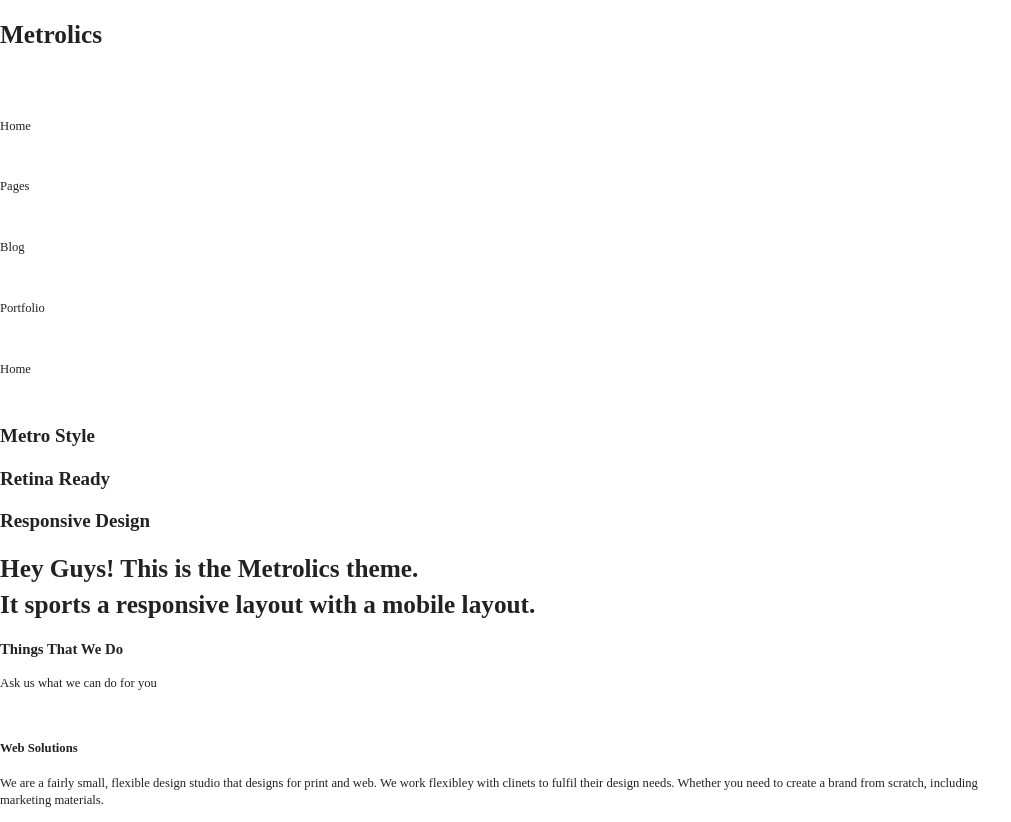
Repository: claudiashin/metrolics
Page: index.html
An editor plug-in stored every save of this project. The page is shown before and after a run of saves, followed by the edit.
The browser window is 1280 px wide. The pictures show the whole page, at 79% of full size.

Above is the page before, as saved 2021-01-27 15:44:17.

### index.html
<!doctype html>
<html class="no-js" lang="EN">

<head>
  <meta charset="utf-8">
  <title>MDIA 2003 Lab 3</title>
  <meta name="description" content="">
  <meta name="viewport" content="width=device-width, initial-scale=1">

  <link rel="manifest" href="site.webmanifest">
  <link rel="apple-touch-icon" href="icon.png">
  <!-- Place favicon.ico in the root directory -->

  <link rel="stylesheet" href="css/normalize.css">
  <link rel="stylesheet" href="css/main.css">
</head>

<body>
  <header class="page_header">
    <div class="logo">
      <div><h1>Metrolics</h1></div>
      <div class="logoimg"><img src=""></div>
    </div>
  </header>

  <nav class="page_nav">
    <div class="nav_container">
      <div class="nav_icon">
        <div><img src=""></div>
        <p>Home</p>
      </div>
      <div class="nav_icon">
        <div><img src=""></div>
        <p>Pages</p>
      </div><div class="nav_icon">
        <div><img src=""></div>
        <p>Blog</p>
      </div><div class="nav_icon">
        <div><img src=""></div>
        <p>Portfolio</p>
      </div><div class="nav_icon">
        <div><img src=""></div>
        <p>Home</p>
      </div>
    </div>
  </nav>

  <section class="main_container">
    <div class="heroimg">
      <img src="">
    </div>
    <div class="">
      <h2>Metro Style</h2>
      <h2>Retina Ready</h2>
      <h2>Responsive Design</h2>
    </div>
  </section>

  <section class="main_container">
    <div>
      <h1>Hey Guys! This is the <span class="textcol">Metrolics</span> theme.<br>It sports a responsive layout with a mobile layout.</h1>
    </div>
  </section>

  <section class="main_container">
    <div class="container">
      <h3>Things That We Do</h3>
      <p>Ask us what we can do for you</p>
    </div>
    <div class="container">
      <div class="container_feature">
        <div class="feature_img">
          <img src="">
        </div>
        <div><h4>Web Solutions</h4></div>
        <div><p>We are a fairly small, flexible design studio that designs for print
          and web. We work flexibley with clinets to fulfil their design needs. Whether
          you need to create a brand from scratch, including marketing materials.
        </p></div>
      </div>
    </div>

  </section>

  <section class="main_container">

  </section>

  <section class="main_container">

  </section>

  <article class="main_container">

  </article>

  <footer>

  </footer>
</body>

</html>

### css/main.css
/*! HTML5 Boilerplate v8.0.0 | MIT License | https://html5boilerplate.com/ */

/* main.css 2.1.0 | MIT License | https://github.com/h5bp/main.css#readme */
/*
 * What follows is the result of much research on cross-browser styling.
 * Credit left inline and big thanks to Nicolas Gallagher, Jonathan Neal,
 * Kroc Camen, and the H5BP dev community and team.
 */

/* ==========================================================================
   Base styles: opinionated defaults
   ========================================================================== */

html {
  color: #222;
  font-size: 1em;
  line-height: 1.4;
}

/*
 * Remove text-shadow in selection highlight:
 * https://twitter.com/miketaylr/status/12228805301
 *
 * Vendor-prefixed and regular ::selection selectors cannot be combined:
 * https://stackoverflow.com/a/16982510/7133471
 *
 * Customize the background color to match your design.
 */

::-moz-selection {
  background: #b3d4fc;
  text-shadow: none;
}

::selection {
  background: #b3d4fc;
  text-shadow: none;
}

/*
 * A better looking default horizontal rule
 */

hr {
  display: block;
  height: 1px;
  border: 0;
  border-top: 1px solid #ccc;
  margin: 1em 0;
  padding: 0;
}

/*
 * Remove the gap between audio, canvas, iframes,
 * images, videos and the bottom of their containers:
 * https://github.com/h5bp/html5-boilerplate/issues/440
 */

audio,
canvas,
iframe,
img,
svg,
video {
  vertical-align: middle;
}

/*
 * Remove default fieldset styles.
 */

fieldset {
  border: 0;
  margin: 0;
  padding: 0;
}

/*
 * Allow only vertical resizing of textareas.
 */

textarea {
  resize: vertical;
}

/* ==========================================================================
   Author's custom styles
   ========================================================================== */

/* ==========================================================================
   Helper classes
   ========================================================================== */

/*
 * Hide visually and from screen readers
 */

.hidden,
[hidden] {
  display: none !important;
}

/*
 * Hide only visually, but have it available for screen readers:
 * https://snook.ca/archives/html_and_css/hiding-content-for-accessibility
 *
 * 1. For long content, line feeds are not interpreted as spaces and small width
 *    causes content to wrap 1 word per line:
 *    https://medium.com/@jessebeach/beware-smushed-off-screen-accessible-text-5952a4c2cbfe
 */

.sr-only {
  border: 0;
  clip: rect(0, 0, 0, 0);
  height: 1px;
  margin: -1px;
  overflow: hidden;
  padding: 0;
  position: absolute;
  white-space: nowrap;
  width: 1px;
  /* 1 */
}

/*
 * Extends the .sr-only class to allow the element
 * to be focusable when navigated to via the keyboard:
 * https://www.drupal.org/node/897638
 */

.sr-only.focusable:active,
.sr-only.focusable:focus {
  clip: auto;
  height: auto;
  margin: 0;
  overflow: visible;
  position: static;
  white-space: inherit;
  width: auto;
}

/*
 * Hide visually and from screen readers, but maintain layout
 */

.invisible {
  visibility: hidden;
}

/*
 * Clearfix: contain floats
 *
 * For modern browsers
 * 1. The space content is one way to avoid an Opera bug when the
 *    `contenteditable` attribute is included anywhere else in the document.
 *    Otherwise it causes space to appear at the top and bottom of elements
 *    that receive the `clearfix` class.
 * 2. The use of `table` rather than `block` is only necessary if using
 *    `:before` to contain the top-margins of child elements.
 */

.clearfix::before,
.clearfix::after {
  content: " ";
  display: table;
}

.clearfix::after {
  clear: both;
}

/* ==========================================================================
   EXAMPLE Media Queries for Responsive Design.
   These examples override the primary ('mobile first') styles.
   Modify as content requires.
   ========================================================================== */

@media only screen and (min-width: 35em) {
  /* Style adjustments for viewports that meet the condition */
}

@media print,
  (-webkit-min-device-pixel-ratio: 1.25),
  (min-resolution: 1.25dppx),
  (min-resolution: 120dpi) {
  /* Style adjustments for high resolution devices */
}

/* ==========================================================================
   Print styles.
   Inlined to avoid the additional HTTP request:
   https://www.phpied.com/delay-loading-your-print-css/
   ========================================================================== */

@media print {
  *,
  *::before,
  *::after {
    background: #fff !important;
    color: #000 !important;
    /* Black prints faster */
    box-shadow: none !important;
    text-shadow: none !important;
  }

  a,
  a:visited {
    text-decoration: underline;
  }

  a[href]::after {
    content: " (" attr(href) ")";
  }

  abbr[title]::after {
    content: " (" attr(title) ")";
  }

  /*
   * Don't show links that are fragment identifiers,
   * or use the `javascript:` pseudo protocol
   */
  a[href^="#"]::after,
  a[href^="javascript:"]::after {
    content: "";
  }

  pre {
    white-space: pre-wrap !important;
  }

  pre,
  blockquote {
    border: 1px solid #999;
    page-break-inside: avoid;
  }

  /*
   * Printing Tables:
   * https://web.archive.org/web/20180815150934/http://css-discuss.incutio.com/wiki/Printing_Tables
   */
  thead {
    display: table-header-group;
  }

  tr,
  img {
    page-break-inside: avoid;
  }

  p,
  h2,
  h3 {
    orphans: 3;
    widows: 3;
  }

  h2,
  h3 {
    page-break-after: avoid;
  }
}

Loaded but not shown: css/normalize.css (library)

After the next 3 saves:
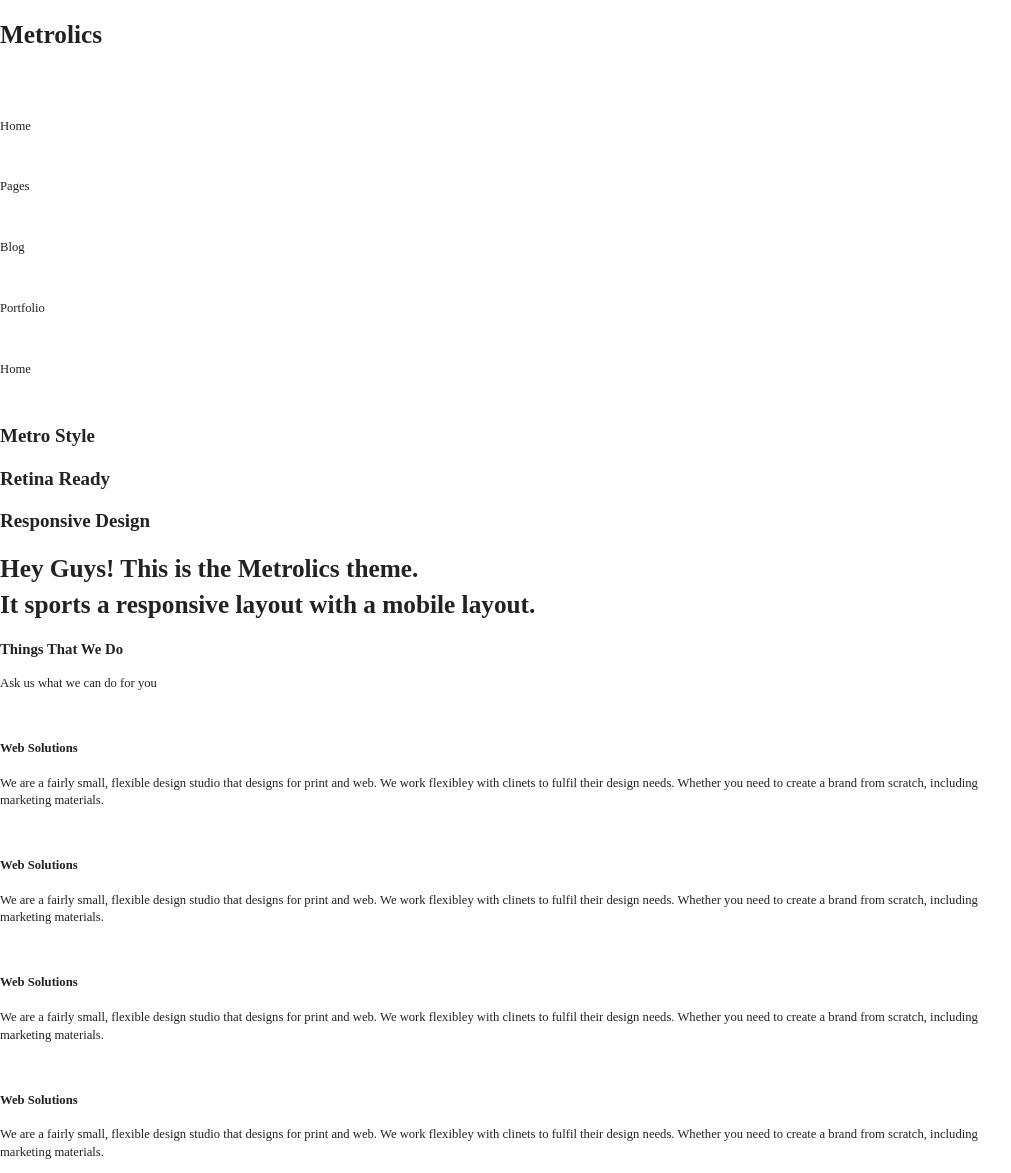
The 3 saves are shown as one change because they came seconds apart.
The last was saved 14 s later.
--- a/index.html
+++ b/index.html
@@ -79,6 +79,40 @@
         </p></div>
       </div>
     </div>
+    <div class="container">
+      <div class="container_feature">
+        <div class="feature_img">
+          <img src="">
+        </div>
+        <div><h4>Web Solutions</h4></div>
+        <div><p>We are a fairly small, flexible design studio that designs for print
+          and web. We work flexibley with clinets to fulfil their design needs. Whether
+          you need to create a brand from scratch, including marketing materials.
+        </p></div>
+      </div>
+    </div><div class="container">
+      <div class="container_feature">
+        <div class="feature_img">
+          <img src="">
+        </div>
+        <div><h4>Web Solutions</h4></div>
+        <div><p>We are a fairly small, flexible design studio that designs for print
+          and web. We work flexibley with clinets to fulfil their design needs. Whether
+          you need to create a brand from scratch, including marketing materials.
+        </p></div>
+      </div>
+    </div><div class="container">
+      <div class="container_feature">
+        <div class="feature_img">
+          <img src="">
+        </div>
+        <div><h4>Web Solutions</h4></div>
+        <div><p>We are a fairly small, flexible design studio that designs for print
+          and web. We work flexibley with clinets to fulfil their design needs. Whether
+          you need to create a brand from scratch, including marketing materials.
+        </p></div>
+      </div>
+    </div>
 
   </section>
 
